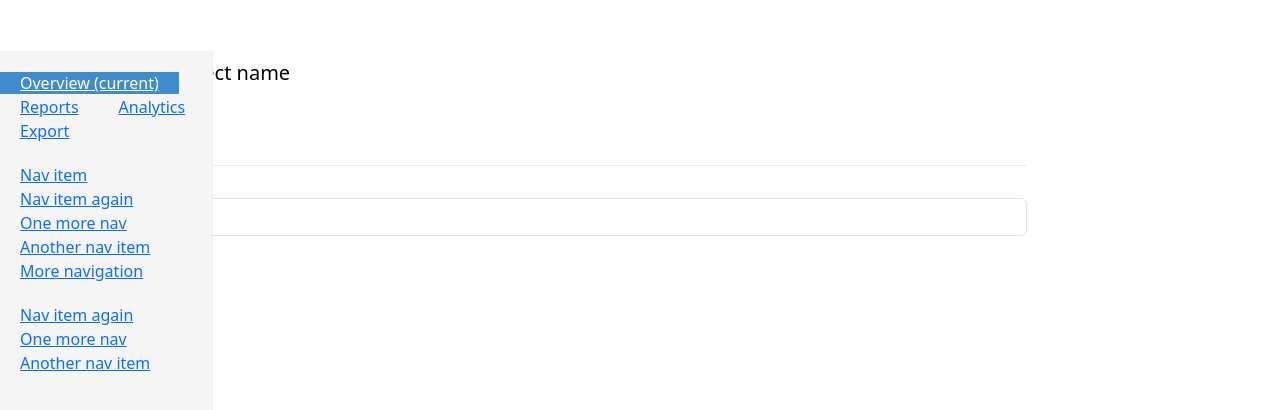
Repository: can2014ky/nodeStudy
Page: views/createUser.html
These files come from the project's save history. The page is drawn as it stood at one moment and after the next save; the edit follows.
The browser window is 1280 px wide. The pictures show the whole page.
Some web libraries are served in a nearby version.

Above is the page before, as saved 2020-07-05 22:48:12.

After the next save:
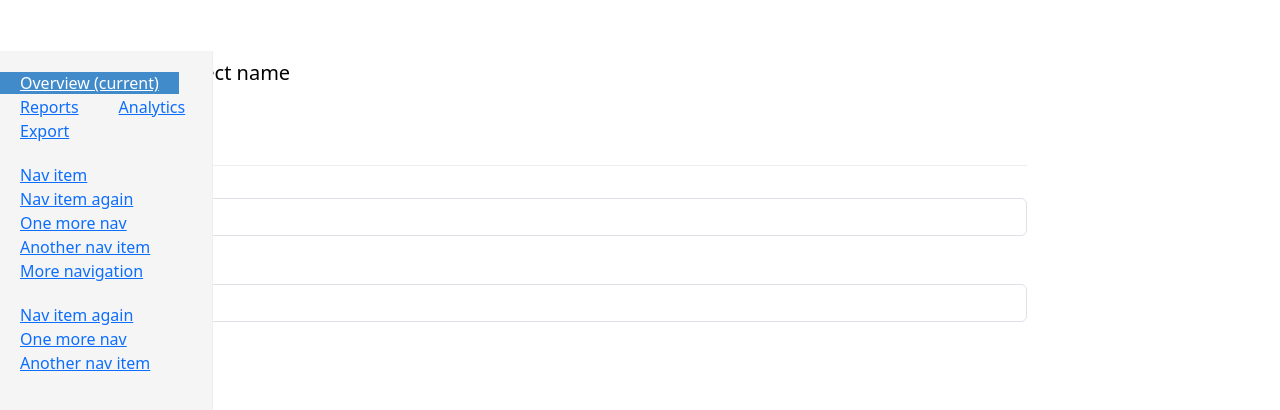
Saved 70 s later.
--- a/views/createUser.html
+++ b/views/createUser.html
@@ -84,6 +84,10 @@
                     <input type="radio" name="gender" id="inlineRadio2" value="1"> 女
                 </label>
             </div>
+            <div class="form-group">
+                <label for="age">年龄</label>
+                <input type="text" class="form-control" name="age" id="age" placeholder="年龄">
+            </div>
             <div class="checkbox">
               <label>
                 <input type="checkbox"> Check me out
